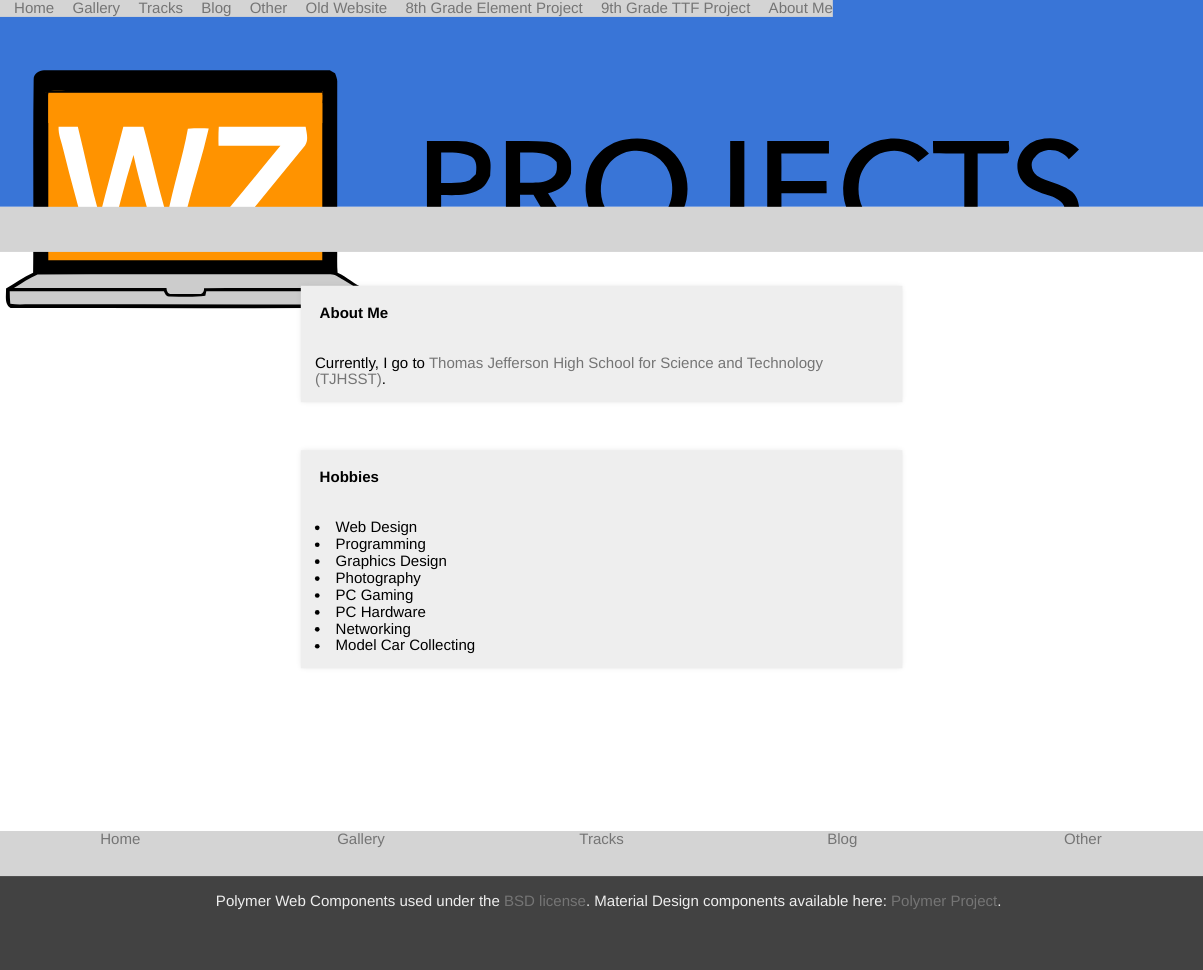
Repository: willzhang05/willzhang05.github.io-old
Page: about.html
The author's editor kept a record of every edit. The page is drawn from the files as they stood at one moment, then again after the next edit.
The browser window is 1280 px wide. The pictures show the whole page, at 94% of full size.

Above is the page before.

### about.html
<!DOCTYPE html>
<html>
	<head>
		<meta property="og:image" content="images/WZProjectslogo-vector.svg"/>
		<meta property="og:image:secure_url" content="images/WZProjectslogo-vector.svg"/>
		<meta charset="UTF-8">
		<meta name="description" content="William Zhang Projects">
		<meta name="author" content="William Zhang">
		<meta name=viewport content="width=device-width, initial-scale=1">
		<link rel="icon" type="image/png" href="images/favicon-image.png">
		<link rel="stylesheet" href="main-style.css">
		<link rel="import" href="bower_components/polymer/polymer.html">
		<link rel="import" href="bower_components/paper-ripple/paper-ripple.html">
		<link rel="import" href="bower_components/core-icons/core-icons.html">
		<link rel="import" href="bower_components/font-roboto/roboto.html">
		<link rel="import" href="bower_components/core-icon-button/core-icon-button.html">
		<link rel="import" href="bower_components/core-drawer-panel/core-drawer-panel.html">
		<link rel="import" href="bower_components/paper-elements/paper-elements.html">
		<link rel="import" href="bower_components/core-menu/core-menu.html">
		<link rel="import" href="bower_components/paper-shadow/paper-shadow.html">
	</head>
	<title>
		About - WZProjects
	</title>
	<body>
		<core-drawer-panel responsiveWidth="1920px">
			<div id="drawer" drawer>
				<paper-item>
					<a class="links" href="http://willzhang05.github.io">
						Home
					</a>
				</paper-item>
				<paper-item>
					<a class="links" href="http://willzhang05.github.io/gallery">
						Gallery
					</a>
				</paper-item>
				<paper-item>
					<a class="links" href="http://willzhang05.github.io/tracks">
						Tracks
					</a>
				</paper-item>
				<paper-item>
					<a class="links" href="http://thewiztechblog.blogspot.com/">
						Blog
					</a>
				</paper-item>
				<paper-item>
					<a class="links" href="http://willzhang05.github.io/other">
						Other
					</a>
				</paper-item>
				<paper-item>
					<a class="links" href="http://williamzhangprojects.weebly.com/">
						Old Website
					</a>
				</paper-item>
				<paper-item>
					<a class="links" href="http://aluminumelementresearchproject.weebly.com/">
						8th Grade Element Project
					</a>
				</paper-item>
				<paper-item>
					<a class="links" href="http://willzhang05.github.io/bower_components/impress.js/">
						9th Grade TTF Project
					</a>
				</paper-item>
				<paper-item>
					<a class="links" href="http://willzhang05.github.io/about">
						About Me
					</a>
				</paper-item>
	        </div>
			<div id="wrapper" main>
				<paper-shadow>
					<div id="header-wrapper">
						<div id="header-banner">
							<div id="logo-wrapper">
								<a href="http://willzhang05.github.io">
									<img src="images/WZProjectslogo-vector.svg" width="100%" height="100%" alt="WZProjects"/>
								</a>
							</div>
						</div>
						<div id="header-navbar">
							<paper-icon-button style="margin:4px" icon="menu" core-drawer-toggle>
							</paper-icon-button>
						</div>
					</div>
				</paper-shadow>
				<div id="content">
					<paper-shadow z="1">
						<div class="card">
							<h1>About Me</h1>
							<div class="description">
								Currently, I go to
								<a class="source" href="http://www.tjhsst.edu/" target="_blank">Thomas Jefferson High School for Science and Technology (TJHSST)</a>.
							</div>
							<!--<div class="description">
								Zurzeit, gehe ich zu
								<a class="source" href="http://www.tjhsst.edu/" target="_blank">Thomas Jefferson Gymnasium für Wissenschaft und Technik (TJHSST)</a>.
							</div>
							<div class="description">
								目前, 我在
								<a class="source" href="http://www.tjhsst.edu/" target="_blank">“Thomas Jefferson High School for Science and Technology" (TJHSST)</a>
								上学.
							</div>-->
						</div>
					</paper-shadow>
					<paper-shadow z="1">
						<div class="card">
							<h1>Hobbies</h1>
							<div class="description">
								<li>
									Web Design
								</li>
								<li>
									Programming
								</li>
								<li>
									Graphics Design
								</li>
								<li>
									Photography
								</li>
								<li>
									PC Gaming
								</li>
								<li>
									PC Hardware
								</li>
								<li>
									Networking
								</li>
								<li>
									Model Car Collecting
								</li>
							</div>
						</div>
					</paper-shadow>
				</div>
				<paper-shadow>
					<div id="footer">
						<paper-shadow z="1">
							<div class="categories">
								<paper-item style="width:20%; float:left; text-align:center;">
									<a class="links" href="http://willzhang05.github.io">
										Home
									</a>
								</paper-item>
								<paper-item style="width:20%; float:left; text-align:center;">
									<a class="links" href="http://willzhang05.github.io/gallery">
										Gallery
									</a>
								</paper-item>
								<paper-item style="width:20%; float:left; text-align:center;">
									<a class="links" href="http://willzhang05.github.io/tracks">
										Tracks
									</a>
								</paper-item>
								<paper-item style="width:20%; float:left; text-align:center;">
									<a class="links" href="http://thewiztechblog.blogspot.com">
										Blog
									</a>
								</paper-item>
								<paper-item style="width:20%; float:left; text-align:center;">
									<a class="links" href="http://willzhang05.github.io/other">
										Other
									</a>
								</paper-item>
							</div>
						</paper-shadow>
						<paper-shadow z="1">
							<div class="attribution">
								<br/>
								<span style="margin-left:15px; display:inline-block;">
									Polymer Web Components used under the
									<a class="source" href="http://polymer.github.io/LICENSE.txt" target="_blank">BSD license</a>.
									Material Design components available here:
									<a class="source" href="http://www.polymer-project.org/" target="_blank">Polymer Project</a>.
								</span>
							</div>
						</paper-shadow>
					</div>
				</paper-shadow>
			</div>
		</core-drawer-panel>
	</body>
</html>

### main-style.css
/*http://meyerweb.com/eric/tools/css/reset/*/

html, body, div, span, applet, object, iframe,
h2, h3, h4, h5, h6, p, blockquote, pre,
a, abbr, acronym, address, big, cite, code,
del, dfn, em, img, ins, kbd, q, s, samp,
small, strike, strong, sub, sup, tt, var,
b, u, i, center,
dl, dt, dd, ol, ul, li,
fieldset, form, label, legend,
table, caption, tbody, tfoot, thead, tr, th, td,
article, aside, canvas, details, embed,
figure, figcaption, footer, header, hgroup,
menu, nav, output, ruby, section, summary,
time, mark, audio, video {
    margin: 0;
    padding: 0;
    border: 0;
    font-size: 100%;
    font: inherit;
    vertical-align: baseline;
}

body {
	width: 100%;
	font-family: RobotoDraft, Helvetica Neue, Helvetica, sans-serif;
	-webkit-user-select: none;
    -moz-user-select: none;
    -ms-user-select: none;
    user-select: none;
    -webkit-tap-highlight-color: rgba(0,0,0,0);
    -webkit-touch-callout: none;
}

a {
	color: #757575;
	text-decoration: none;
	-webkit-transition: all 0.2s ease;
  	-moz-transition: all 0.2s ease;
  	-ms-transition: all 0.2s ease;
  	-o-transition: all 0.2s ease;
   	transition: all 0.2s ease;
}

.links:hover {
	color: black;
	font-weight: bold;
}

.source:hover {
	color: black;
	text-decoration: underline;
}

h1 {
	font-size: 16px;
	margin: 5px;
}

#drawer {
	position: absolute;
	z-index: 1;
	background-color: #D4D4D4;
}

#drawer > paper-item > .links {
	margin-left:15px;
}


#wrapper {
	min-height: 100%;
	position: relative;
	overflow-y:scroll;
    z-index: 0;
    top: 0;
    left: 0;
    -webkit-transition: all 0.3s;
    -moz-transition: all 0.3s;
    -ms-transition: all 0.3s;
    -o-transition: all 0.3s;
    transition: all 0.3s;
}

#header-wrapper {
	height:268px;
	/*background:linear-gradient(#FF6D00, rgb(57,117,215));*/
}

#header-banner {
	min-width:100%;
	height: 220px;
	float: left;
	clear: both;
	background-color: rgb(57,117,215);
}

#logo-wrapper {
	min-width:50%;
	max-height:50%;
}

#header-navbar {
	min-width:100%;
	height: 48px;
	float:left;
	clear: both;
	background-color:#D4D4D4 /*#1976D2*/;
	/*-webkit-box-shadow: 0 0 6px rgba(0,0,0,0.1);
	box-shadow: 0 0 6px rgba(0,0,0,0.1);*/
}

.sidebar {
	height: 500px;
	float: left;
	margin-bottom: 0px;
	background-color: #EEEEEE;
	/*-webkit-box-shadow: 0 0 6px rgba(0,0,0,0.1);
	box-shadow: 0 0 6px rgba(0,0,0,0.1);*/
	overflow-y: auto;
	position: relative;
}

#content {
	overflow: hidden;
	padding-top: 10px;
   	padding-bottom: 148px;
}

.card {
	cursor: pointer;
	width: 50%;
	margin-top: 2%;
	margin-bottom: 2%;
	margin-left: 25%;
	float: left;
	overflow: hidden;
	background-color: #EEEEEE;
	-webkit-box-shadow: 0 0 6px rgba(0,0,0,0.1);
	box-shadow: 0 0 6px rgba(0,0,0,0.1);
	-webkit-transition: all 0.3s ease;
  	-moz-transition: all 0.3s ease;
  	-ms-transition: all 0.3s ease;
  	-o-transition: all 0.3s ease;
   	transition: all 0.3s ease;

}

.card > h1 {
	padding: 15px;
}

.card:hover {
	box-shadow: 0 2px 10px 0 rgba(0, 0, 0, 0.16), 0 2px 5px 0 rgba(0, 0, 0, 0.26);
	margin-top: 1.75%;
	margin-bottom: 2.25%;
}

.card .description {
	padding: 15px;
}

.card .image, .video, .music {
	padding-left: 17.5%;
	padding-right: 17.5%;
	border:none;
}

#footer {
	width: 100%;
	height: 148px;
	overflow: hidden;
	clear: both;
	bottom: 0;
	left: 0;
}

.categories {
	width: 100%;
	height: 48px;
	overflow: hidden;
	background-color: #D4D4D4;
	/*-webkit-box-shadow: 0 0 6px rgba(0,0,0,0.1);
	box-shadow: 0 0 6px rgba(0,0,0,0.1);*/
	/*position:fixed;
	top:95%;*/
}

.attribution {
	width: 100%;
	height: 100px;
	overflow: hidden;
	background-color: #424242;
	color: #EEEEEE;
	text-align: center;
}

.test {
	color: black;
}

After the next edit:
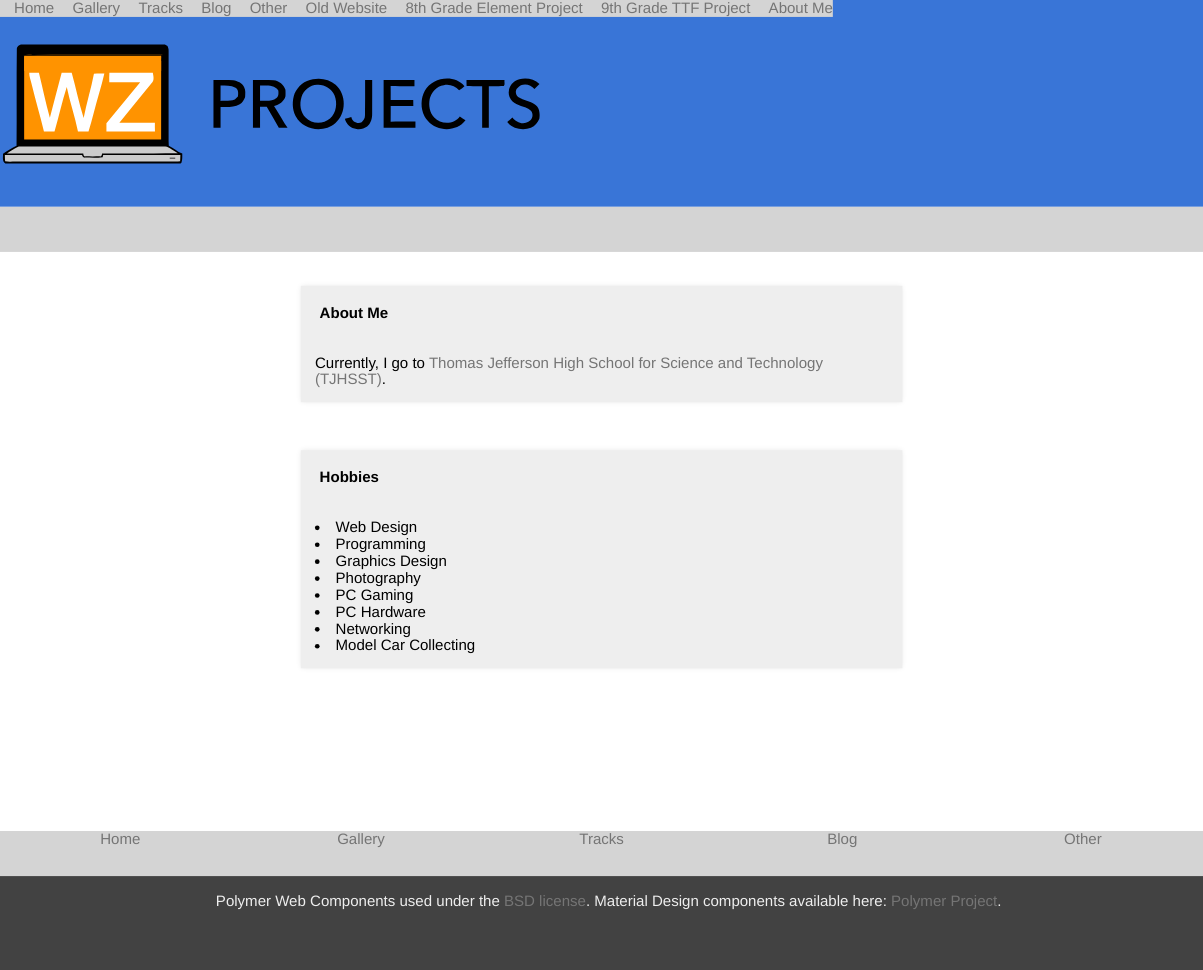
The edit:
--- a/main-style.css
+++ b/main-style.css
@@ -96,8 +96,9 @@
 }
 
 #logo-wrapper {
-	min-width:50%;
-	max-height:50%;
+	max-width:640px;
+	height:100%;
+	float:left;
 }
 
 #header-navbar {
